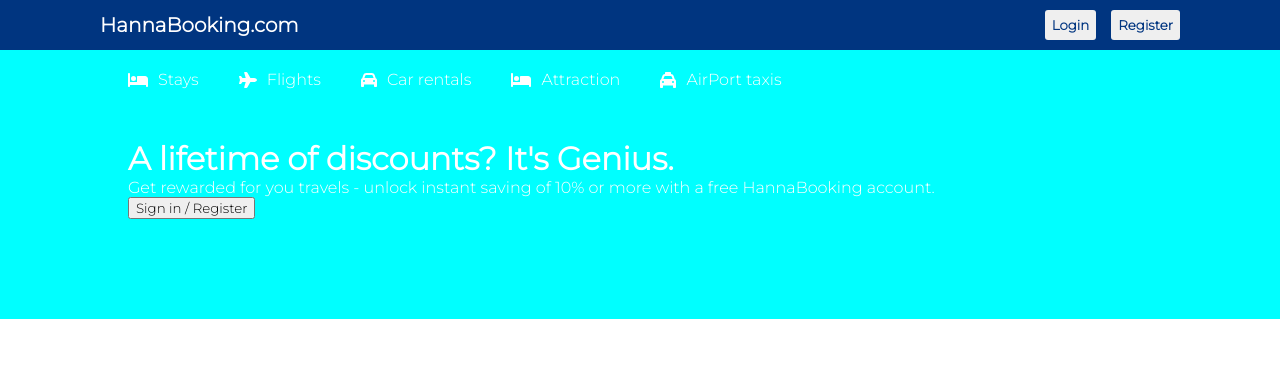
Repository: truongnguyenuit/BookingWebApp
Page: /
These files come from the project's save history. The page is drawn as it stood at one moment and after a run of saves; the edit follows.
The browser window is 1280 px wide. The pictures show the whole page.
The project was rebuilt for these pictures with package versions that can differ from the ones it lists, and the page was loaded fresh each time.

Above is the page before, as saved 2022-05-26 15:39:13.

After the next 8 saves:
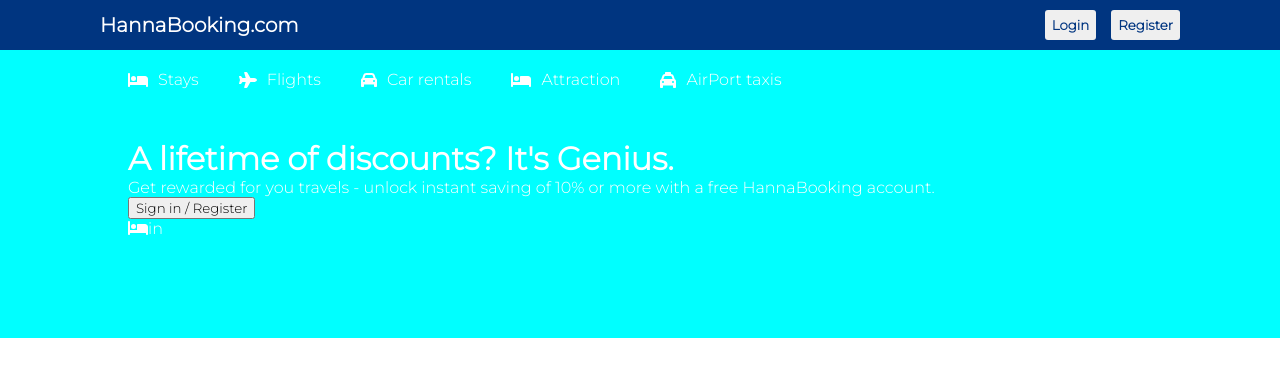
The 8 saves are shown as one change because 3 did not build or start and some came seconds apart.
The last was saved 41 s later.
--- a/src/components/header/Header.jsx
+++ b/src/components/header/Header.jsx
@@ -68,7 +68,8 @@ const Header = ({ type }) => {
                     <button className="headerBtn">Sign in / Register</button>
                     <div className="headerSearch">
                         <div className="headerSearchItem">
-
+                            <FontAwesomeIcon icon={faBed} className="headerIcon" />
+                            in
                         </div>
                     </div>
 
